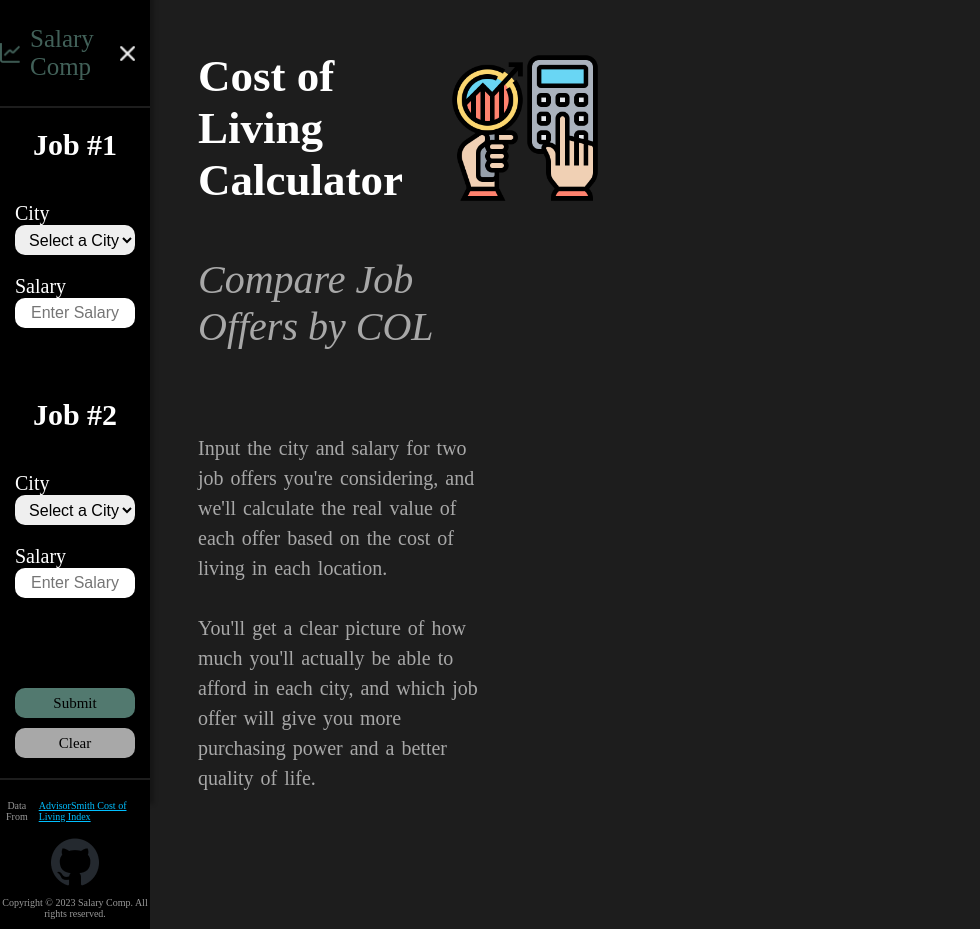
Repository: robbymcd/Salary-Comp
Page: /
The author's editor kept a copy of each file at every save. The page is drawn from the files as they stood at one save, then again after the next save.
The browser window is 600 px wide. The page is 600 px wide, then 980 px, so the pictures cover 980 px, including what lies to the right of the window. The pictures show the whole page.
Some web fonts or font styles are not loaded; a fallback is used. The project was rebuilt for these pictures with package versions that can differ from the ones it lists, and the page was loaded fresh each time. Also part of the build but not shown: src/Main.css, src/Main.js.

Above is the page before, as saved 2023-06-16 14:20:57.

### public/index.html
<!DOCTYPE html>
<html lang="en">
  <head>
    <meta charset="utf-8" />
    <link rel="icon" href="%PUBLIC_URL%/favicon.ico" />
    <meta name="viewport" content="width=device-width, initial-scale=1" />
    <meta name="theme-color" content="#000000" />
    <meta
      name="description"
      content="Compare Job Offers by COL"
    />
    <link rel="apple-touch-icon" href="%PUBLIC_URL%/logo192.png" />
    <!--
      manifest.json provides metadata used when your web app is installed on a
      user's mobile device or desktop. See https://developers.google.com/web/fundamentals/web-app-manifest/
    -->
    <link rel="manifest" href="%PUBLIC_URL%/manifest.json" />
    <!--
      Notice the use of %PUBLIC_URL% in the tags above.
      It will be replaced with the URL of the `public` folder during the build.
      Only files inside the `public` folder can be referenced from the HTML.

      Unlike "/favicon.ico" or "favicon.ico", "%PUBLIC_URL%/favicon.ico" will
      work correctly both with client-side routing and a non-root public URL.
      Learn how to configure a non-root public URL by running `npm run build`.
    -->
    <title>Salary Comp</title>
  </head>
  <body>
    <noscript>You need to enable JavaScript to run this app.</noscript>
    <div id="root"></div>
    <!--
      This HTML file is a template.
      If you open it directly in the browser, you will see an empty page.

      You can add webfonts, meta tags, or analytics to this file.
      The build step will place the bundled scripts into the <body> tag.

      To begin the development, run `npm start` or `yarn start`.
      To create a production bundle, use `npm run build` or `yarn build`.
    -->
  </body>
</html>

### src/index.css
body {
  margin: 0;
  font-family: -apple-system, BlinkMacSystemFont, 'Segoe UI', 'Roboto', 'Oxygen',
    'Ubuntu', 'Cantarell', 'Fira Sans', 'Droid Sans', 'Helvetica Neue',
    sans-serif;
  -webkit-font-smoothing: antialiased;
  -moz-osx-font-smoothing: grayscale;
  height: 100%;
  width: 100%;
}

html {
  height: 100%;
  width: 100%;
  background-color: #1D1D1D;
}

code {
  font-family: source-code-pro, Menlo, Monaco, Consolas, 'Courier New',
    monospace;
}

### src/App.js
import React, { useState } from 'react';
import './App.css';
import Sidebar from './Sidebar.js';
import Content from './Content.js';

function App() {
  const [isSubmitted, setIsSubmitted] = useState(false);
  const [cityCOL1, setCityCOL1] = useState('');
  const [cityCOL2, setCityCOL2] = useState('');
  const [cityName1, setCityName1] = useState('');
  const [cityName2, setCityName2] = useState('');
  const [salary1, setSalary1] = useState('');
  const [salary2, setSalary2] = useState('');

  const handleFormSubmit = (formData) => {
    setIsSubmitted(true);
    setCityCOL1(formData.cityCOL1);
    setCityCOL2(formData.cityCOL2);
    setCityName1(formData.cityName1);
    setCityName2(formData.cityName2);
    setSalary1(formData.salary1);
    setSalary2(formData.salary2);
  };

  return (
    <div className="main">
        <Sidebar onFormSubmit={handleFormSubmit}/>
        <Content isSubmitted={isSubmitted} cityCOL1={cityCOL1} cityCOL2={cityCOL2} cityName1={cityName1} cityName2={cityName2} salary1={salary1} salary2={salary2} />
    </div>
  );
}

export default App;

### src/App.css
.main {
    display: flex;
    flex-direction: row;
    height: 200%;
    width: 100%;
    background-color: #1D1D1D;
}

### src/Content.js
import React from 'react';
import './Content.css';
import Instruction from './Instruction.js';
import Main from './Main.js';

export default function Content({ isSubmitted ,cityCOL1 ,cityCOL2, cityName1, cityName2 , salary1, salary2 }) {

    return (
        <div className='Content-container'>
            {isSubmitted ? <Main cityCOL1={cityCOL1} cityCOL2={cityCOL2} cityName1={cityName1} cityName2={cityName2} salary1={salary1} salary2={salary2}/> : <Instruction />}
        </div>
    );
}

### src/Sidebar.css
@import url('https://fonts.googleapis.com/css?family=Roboto-Mono');
@import url('https://fonts.googleapis.com/css?family=Mukta-Vaani');
.sidebar {
    display: flex;
    height: 100vh;
    width: fit-content;
}

.closed-sidebar {
    display: flex;
    height: 100vh;
    width: fit-content;
    margin-right: 22vw;
}

.plusIcon {
    height: 30px;
    width: 30px;
    margin-left: 20px;
    align-self: center;
    cursor: pointer;
}

.plusIcon:hover {
    opacity: 0.5;
}

.error {
    display: flex;
    font-size: 15px;
    margin-bottom: -15px;
    color: #BA1F33;
}

.button-container {
    display: flex;
    flex-direction: column;
    gap: 10px;
    margin-top: 20px;
}

.submit-container {
    display: flex;
}

.submit {
    height: 30px;
    width: clamp(100px, 20vw, 300px);
    border-radius: 10px;
    border: none;
    outline: none;
    cursor: pointer;
    background-color: #52796F;
    font-family: Mukta Vaani;
    font-size: 15px;
    color: #000;
    box-shadow: 0px 4px 4px rgba(0, 0, 0, 0.25);
}

.submit:hover {
    opacity: 0.8;
}

.clear-container {
    display: flex;
}

.clear {
    height: 30px;
    width: clamp(100px, 20vw, 300px);
    border-radius: 10px;
    border: none;
    outline: none;
    cursor: pointer;
    background-color: #a8a8a8;
    font-family: Mukta Vaani;
    font-size: 15px;
    color: #000;
    box-shadow: 0px 4px 4px rgba(0, 0, 0, 0.25);
}

.clear:hover {
    opacity: 0.8;
}

@media screen and (min-width: 1650px) {
    .button-container {
        gap: 20px;
    }
}

### src/OpenSidebar.css
@import url('https://fonts.googleapis.com/css?family=Roboto-Mono');
@import url('https://fonts.googleapis.com/css?family=Mukta-Vaani');

.open-sidebar {
    display: flex;
    flex-direction: column;
    height: 100vh;
    width: 25vw;
    background-color: #000;
    box-shadow: 0px 0px 4px 4px rgba(0, 0, 0, 0.25);
    margin-right: 8vw;
    transition: transform 0.3s ease-in-out;
}

.sidebar-header {
    display: flex;
    width: 25vw;
    border-bottom: 2px solid #1d1d1d;
    justify-content: space-between;
    align-items: center;
}

.sidebar-wrapper {
    display: inline-block;
}

.centering {
    display: flex;
    flex-direction: row;
    width: 100%;
    align-self: center;
    align-items: center;
    justify-content: center;
}

.logo {
    display: flex;
    flex-direction: row;
    width: 100%;
    align-items: center;
    justify-content: center;
    gap: 10px;
    cursor: pointer;
}

.logo:hover {
    opacity: .8;
}

.logo p {
    font-family: Roboto Mono;
    color: #52796F;
    font-size: 25px;
}

.chart {
    height: 20px;
    width: 20px;
}

.city {
    display: flex;
    flex-direction: column;
    font-family: Mukta Vaani;
    font-style: normal;
    font-weight: 300;
    font-size: 20px;
    color: #fff;
}

.salary{
    display: flex;
    flex-direction: column;
    font-family: Mukta Vaani;
    font-style: normal;
    font-weight: 300;
    font-size: 20px;
    color: #fff;
}

.salary label {
    display: flex;
    justify-self: center;
}

.form {
    display: flex;
    flex-direction: column;
    font-family: Mukta Vaani;
    height: 100%;
    align-items: center;
    gap: 20px;
    border-bottom: 2px solid #1d1d1d;
    justify-content: center;
    padding: 20px;
}

.form h1 {
    color: #fff;
    font-family: Roboto Mono;
    font-size: 30px;
    font-weight: 700;
    font-style: normal;
    text-align: center;
    margin-top: 10px;
    margin-bottom: 0px;
}

select {
    cursor: pointer;
}

input {
    text-decoration: none;
    height: 30px;
    width: clamp(100px, 20vw, 300px);
    border-radius: 10px;
    outline: none;
    border: none;
    padding: 0;
    text-align: center;
    font-size: 16px;
    cursor: pointer;
}

.salarycomp {
    height: 80px;
    width: 360px;
}

.x {
    height: 25px;
    width: 25px;
    cursor: pointer;
    margin-right: 10px;
}

.x:hover {
    opacity: 0.5;
    transition: ease-in-out 0.2s;
}

.footer {
    display: flex;
    flex-direction: column;
    align-items: center;
    justify-content: center;
    width: 100%;
    background-color: #000;
}

.footer p {
    color: #fff;
    opacity: .6;
    font-family: 'Mukta Vaani';
    font-style: normal;
    font-weight: 300;
    font-size: 14px;
    text-align: center;
}

.hiw {
    display: flex;
    flex-direction: row;
    align-items: center;
    justify-content: center;
    gap: 10px;
}

.hiw a {
    font-size: 14px;
    font-weight: 300;
    font-family: 'Mukta Vaani';
    color: #00bfff;
}

.hiw a:hover {
    opacity: 0.5;
    transition: ease-in-out 0.2s;
}

.github {
    height: 50px;
    width: 50px;
    cursor: pointer;
}

.github:hover {
    opacity: 0.8;
}

@media screen and (max-width: 1000px) {
    .footer p {
        font-size: 10px;
    }

    .hiw a {
        font-size: 10px;
    }

    .hiw {
        margin-top: 10px;
        margin-bottom: 5px;
        gap: 5px;
    }
}

@media screen and (min-height: 800px) {
    .form h1 {
        margin-top: 0;
        margin-bottom: 20px;
    }

    input {
        margin-bottom: 50px;
    }
}

### src/Select.css
.select-main {
    text-decoration: none;
    height: 30px;
    width: clamp(100px, 20vw, 300px);
    border-radius: 10px;
    outline: none;
    text-align: center;
    font-size: 16px;
}

.select-main select {
    text-align: center;
    text-decoration: none;
    outline: none;
    border: none;
    height: 30px;
    width: clamp(100px, 20vw, 300px);
    border-radius: 10px;
    font-size: 16px;
    padding-left: 10px;
}

### src/Content.css
@import url('https://fonts.googleapis.com/css?family=Kadwa');
@import url('https://fonts.googleapis.com/css?family=Hind-Madurai');

.Content-container {
    display: flex;
    width: 100%;
}

.header {
    display: flex;
    flex-direction: row;
    align-items: center;
    margin-top: 50px;
    gap: 25px;
}

.content h1 {
    font-family: Kadwa;
    font-weight: bold;
    font-size: 45px;
    height: 100%;
    margin: 0;
}

.content h2 {
    font-family: Hind Madurai;
    font-size: 40px;
    color: #a8a8a8;
    margin-top: 50px;
    width: 75%;
    font-weight: 500;
    font-style: italic;
}

.content p {
    display: flex;
    width: 50vw;
    font-family: Hind Madurai;
    font-size: 20px;
    color: #a8a8a8;
    word-spacing: 2px;
    line-height: 1.5;
    margin-top: 50px;
    width: 70%;
}

.content {
    display: flex;
    flex-direction: column;
    color: #fff;
    height: fit-content;
    width: 100%;
    justify-items: center;
}

.calculator {
    display: flex;
    height: 150px;
    width: 150px;
}

### src/Instruction.js
import calculator from './calculator.png';

export default function Instruction() {
    return (
        <div className="content">
            <div className="header">
                <h1>Cost of Living Calculator</h1>
                <img className="calculator" src={calculator} alt='calculator'></img>
            </div>
            <h2>Compare Job Offers by COL</h2>
            <p>Input the city and salary for two job offers you're considering, and we'll calculate the real value of each offer based on the cost of living in each location.<br/><br/>You'll get a clear picture of how much you'll actually be able to afford in each city, and which job offer will give you more purchasing power and a better quality of life.
            </p>
        </div>
    );
}

Loaded but not shown: src/index.js (common file); src/reportWebVitals.js (common file); src/Sidebar.js (395 lines, source omitted)

After the next save:
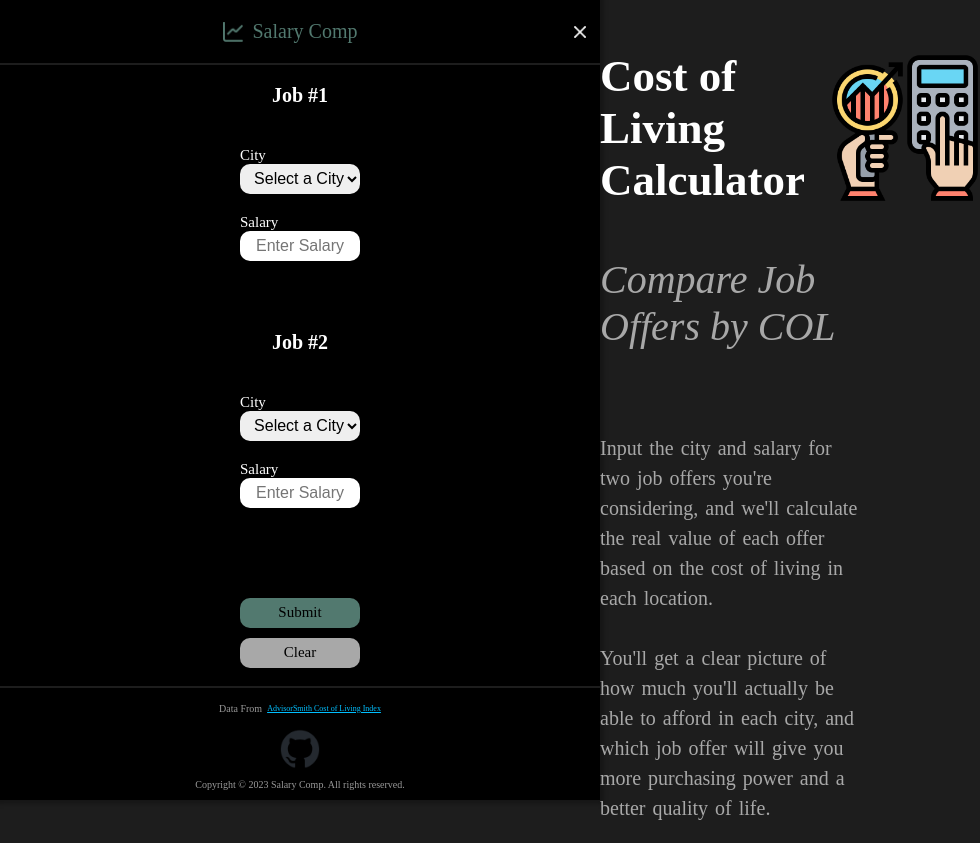
Saved 5 min 58 s later.
--- a/src/OpenSidebar.css
+++ b/src/OpenSidebar.css
@@ -205,6 +205,77 @@ input {
     }
 }
 
+@media screen and (max-width: 700px) {
+    .open-sidebar {
+        width: 100vw;
+        margin-right: 0;
+    }
+
+    .form {
+        padding: 10px;
+    }
+
+    .form h1 {
+        font-size: 20px;
+    }
+
+    .sidebar-header {
+        width: 100vw;
+    }
+
+    .sidebar-wrapper {
+        display: flex;
+        flex-direction: row;
+        justify-content: space-between;
+        width: 100vw;
+    }
+
+    .logo {
+        margin-left: 10px;
+    }
+
+    .logo p {
+        font-size: 20px;
+    }
+
+    .city {
+        font-size: 15px;
+    }
+
+    .salary {
+        font-size: 15px;
+    }
+
+    .salary label {
+        font-size: 15px;
+    }
+
+    .salarycomp {
+        height: 60px;
+        width: 300px;
+    }
+
+    .x {
+        height: 20px;
+        width: 20px;
+    }
+
+    .hiw a {
+        font-size: 8px;
+    }
+
+    .hiw {
+        margin-top: 5px;
+        margin-bottom: 5px;
+        gap: 5px;
+    }
+
+    .github {
+        height: 40px;
+        width: 40px;
+    }
+}
+
 @media screen and (min-height: 800px) {
     .form h1 {
         margin-top: 0;
